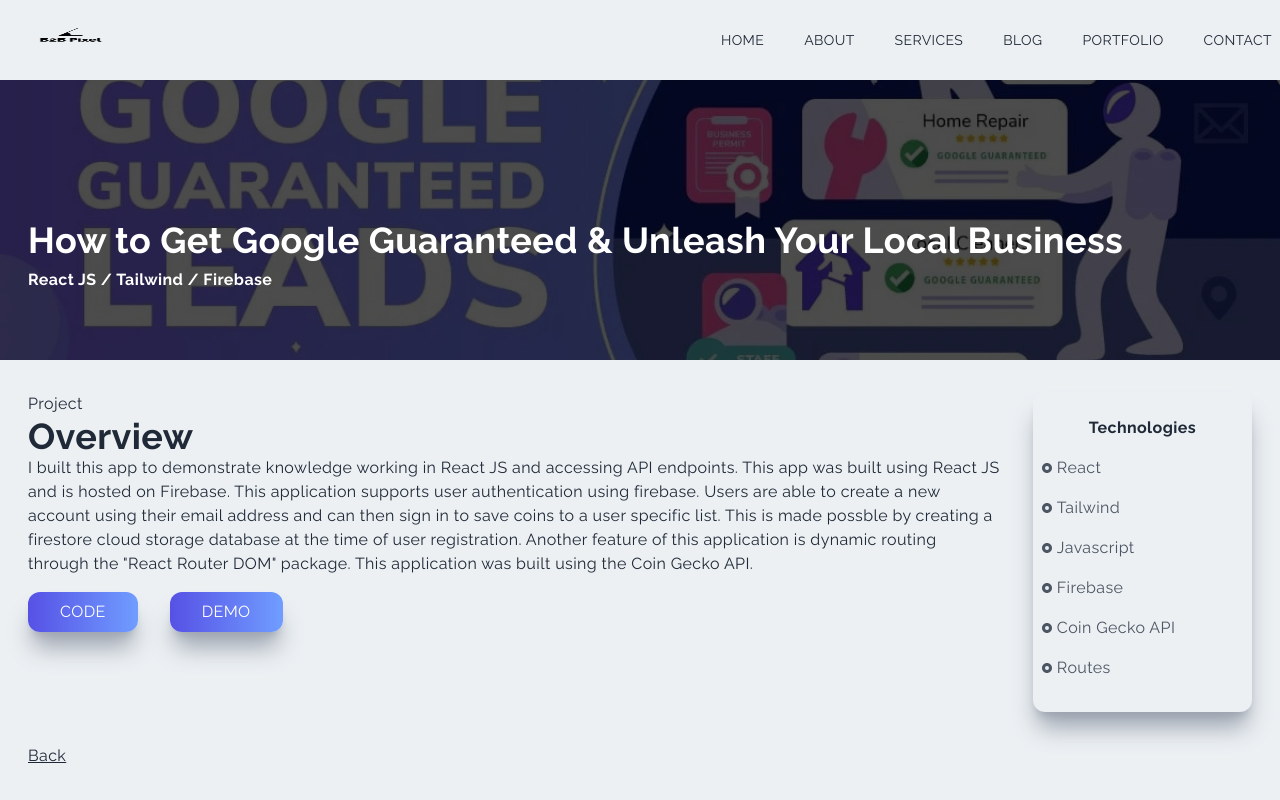
Repository: DID0101/nextjs.b2b
Page: /crypto
An editor plug-in stored every save of this project. The page is shown before and after the next save, followed by the edit.
The browser window is 1280 px wide. The pictures show the whole page.
The project was rebuilt for these pictures with package versions that can differ from the ones it lists, and the page was loaded fresh each time. The framework's server and built-in components were replaced by stand-ins that run in the browser. Also part of the build but not shown: next.config.js.

Above is the page before, as saved 2024-01-22 02:48:40.

### pages/crypto.jsx
import Image from 'next/image';
import React from 'react';
import cryptoImg from '../public/assets/projects/crypto.jpg';
import { RiRadioButtonFill } from 'react-icons/ri';
import Link from 'next/link';

const crypto = () => {
  return (
    <div className='w-full'>
      <div className='w-screen h-[50vh] relative'>
        <div className='absolute top-0 left-0 w-full h-[50vh] bg-black/70 z-10' />
        <Image
          className='absolute z-1'
          layout='fill'
          objectFit='cover'
          src={cryptoImg}
          alt='/'
        />
        <div className='absolute top-[70%] max-w-[1240px] w-full left-[50%] right-[50%] translate-x-[-50%] translate-y-[-50%] text-white z-10 p-2'>
          <h2 className='py-2'>How to Get Google Guaranteed & Unleash Your Local Business</h2>
          <h3>React JS / Tailwind / Firebase</h3>
        </div>
      </div>

      <div className='max-w-[1240px] mx-auto p-2 grid md:grid-cols-5 gap-8 py-8'>
        <div className='col-span-4'>
          <p>Project</p>
          <h2>Overview</h2>
          <p>
            I built this app to demonstrate knowledge working in React JS and
            accessing API endpoints. This app was built using React JS and is
            hosted on Firebase. This application supports user authentication
            using firebase. Users are able to create a new account using their
            email address and can then sign in to save coins to a user specific
            list. This is made possble by creating a firestore cloud storage
            database at the time of user registration. Another feature of this
            application is dynamic routing through the &quot;React Router DOM&quot;
            package. This application was built using the Coin Gecko API.
          </p>
          <a
            href='https://github.com/fireclint/crypto-react-firebase'
            target='_blank'
            rel='noreferrer'
          >
            <button className='px-8 py-2 mt-4 mr-8'>Code</button>
          </a>
          <a
            href='https://cryptobase-yt.web.app/'
            target='_blank'
            rel='noreferrer'
          >
            <button className='px-8 py-2 mt-4'>Demo</button>
          </a>

        </div>
        <div className='col-span-4 md:col-span-1 shadow-xl shadow-gray-400 rounded-xl py-4'>
          <div className='p-2'>
            <p className='text-center font-bold pb-2'>Technologies</p>
            <div className='grid grid-cols-3 md:grid-cols-1 '>
              <p className='text-gray-600 py-2 flex items-center'>
                <RiRadioButtonFill className='pr-1' /> React
              </p>
              <p className='text-gray-600 py-2 flex items-center'>
                <RiRadioButtonFill className='pr-1' /> Tailwind
              </p>
              <p className='text-gray-600 py-2 flex items-center'>
                <RiRadioButtonFill className='pr-1' /> Javascript
              </p>
              <p className='text-gray-600 py-2 flex items-center'>
                <RiRadioButtonFill className='pr-1' /> Firebase
              </p>
              <p className='text-gray-600 py-2 flex items-center'>
                <RiRadioButtonFill className='pr-1' /> Coin Gecko API
              </p>
              <p className='text-gray-600 py-2 flex items-center'>
                <RiRadioButtonFill className='pr-1' /> Routes
              </p>
            </div>
          </div>
        </div>
        <Link href='/#projects'>
          <p className='underline cursor-pointer'>Back</p>
        </Link>
      </div>
    </div>
  );
};

export default crypto;

### components/Navbar.jsx
import Image from 'next/image';
import Link from 'next/link';
import React, { useState, useEffect } from 'react';
import { AiOutlineClose, AiOutlineMail, AiOutlineMenu } from 'react-icons/ai';
import { FaGithub, FaLinkedinIn } from 'react-icons/fa';
import { BsFillPersonLinesFill } from 'react-icons/bs';
// import { useRouter } from 'next/router';
import NavLogo from '../public/assets/navLogo.png'

const Navbar = () => {
  const [nav, setNav] = useState(false);
  const [shadow, setShadow] = useState(false);
  const [navBg, setNavBg] = useState('#ecf0f3');
  const [linkColor, setLinkColor] = useState('#1f2937');
  // const [position, setPosition] = useState('fixed')
  // const router = useRouter();

  // useEffect(() => {
  //   if (
  //     router.asPath === '/property' ||
  //     router.asPath === '/crypto' ||
  //     router.asPath === '/netflix' ||
  //     router.asPath === '/twitch'
  //   ) {
  //     setNavBg('transparent');
  //     setLinkColor('#ecf0f3');
  //   } else {
  //     setNavBg('#ecf0f3');
  //     setLinkColor('#1f2937');
  //   }
  // }, [router]);

  const handleNav = () => {
    setNav(!nav);
  };

  useEffect(() => {
    const handleShadow = () => {
      if (window.scrollY >= 90) {
        setShadow(true);
      } else {
        setShadow(false);
      }
    };
    window.addEventListener('scroll', handleShadow);
  }, []);

  return (
    <div
      style={{ backgroundColor: `${navBg}` }}
      className={
        shadow
          ? 'fixed w-full h-20 shadow-xl z-[100] ease-in-out duration-300'
          : 'fixed w-full h-20 z-[100]'
      }
    >
      <div className='flex justify-between items-center w-full h-full px-2 2xl:px-16'>
        <Link href='/'>
          <a>
            <Image
              src={NavLogo}
              alt='/'
              width='125'
              height='50'
              className='cursor-pointer'
            />
          </a>
        </Link>
        <div>
          <ul style={{ color: `${linkColor}` }} className='hidden md:flex'>
            <li className='ml-10 text-sm uppercase hover:border-b'>
              <Link href='/'>Home</Link>
            </li>
            <li className='ml-10 text-sm uppercase hover:border-b'>
              <Link href='/#about'>About</Link>
            </li>
            <li className='ml-10 text-sm uppercase hover:border-b'>
              <Link href='/#skills'>Services</Link>
            </li>
            <li className='ml-10 text-sm uppercase hover:border-b'>
              <Link href='/#projects'>Blog</Link>
            </li>
            <li className='ml-10 text-sm uppercase hover:border-b'>
              <Link href='/resume'>Portfolio</Link>
            </li>
            <li className='ml-10 text-sm uppercase hover:border-b'>
              <Link href='/#contact'>Contact</Link>
            </li>
          </ul>
          {/* Hamburger Icon */}
          <div
            style={{ color: `${linkColor}` }}
            onClick={handleNav}
            className='md:hidden'
          >
            <AiOutlineMenu size={25} />
          </div>
        </div>
      </div>

      {/* Mobile Menu */}
      {/* Overlay */}
      <div
        className={
          nav ? 'md:hidden fixed left-0 top-0 w-full h-screen bg-black/70' : ''
        }
      >
        {/* Side Drawer Menu */}
        <div
          className={
            nav
              ? ' fixed left-0 top-0 w-[75%] sm:w-[60%] md:w-[45%] h-screen bg-[#ecf0f3] p-10 ease-in duration-500'
              : 'fixed left-[-100%] top-0 p-10 ease-in duration-500'
          }
        >
          <div>
            <div className='flex w-full items-center justify-between'>
              <Link href='/'>
                <a>
                  <Image
                    src={NavLogo}
                    width='87'
                    height='35'
                    alt='/'
                  />
                </a>
              </Link>
              <div
                onClick={handleNav}
                className='rounded-full shadow-lg shadow-gray-400 p-3 cursor-pointer'
              >
                <AiOutlineClose />
              </div>
            </div>
            <div className='border-b border-gray-300 my-4'>
              <p className='w-[85%] md:w-[90%] py-4'>
                Let&#39;s build something legendary together
              </p>
            </div>
          </div>
          <div className='py-4 flex flex-col'>
            <ul className='uppercase'>
              <Link href='/'>
                <li onClick={() => setNav(false)} className='py-4 text-sm'>
                  Home
                </li>
              </Link>
              <Link href='/#about'>
                <li onClick={() => setNav(false)} className='py-4 text-sm'>
                  About
                </li>
              </Link>
              <Link href='/#skills'>
                <li onClick={() => setNav(false)} className='py-4 text-sm'>
                  Skills
                </li>
              </Link>
              <Link href='/#projects'>
                <li onClick={() => setNav(false)} className='py-4 text-sm'>
                  Projects
                </li>
              </Link>
              <Link href='/resume'>
                <li onClick={() => setNav(false)} className='py-4 text-sm'>
                  Resume
                </li>
              </Link>
              <Link href='/#contact'>
                <li onClick={() => setNav(false)} className='py-4 text-sm text-[#ac4d5a]'>
                  Save My Spot
                </li>
              </Link>
            </ul>
            <div className='pt-40'>
              <p className='uppercase tracking-widest text-[#5651e5]'>
                Let&#39;s Connect
              </p>
              <div className='flex items-center justify-between my-4 w-full sm:w-[80%]'>
                <a
                  href='https://www.linkedin.com/in/clint-briley-50056920a/'
                  target='_blank'
                  rel='noreferrer'
                >
                  <div className='rounded-full shadow-lg shadow-gray-400 p-3 cursor-pointer hover:scale-105 ease-in duration-300'>
                    <FaLinkedinIn />
                  </div>
                </a>
                <a
                  href='https://github.com/fireclint'
                  target='_blank'
                  rel='noreferrer'
                >
                  <div className='rounded-full shadow-lg shadow-gray-400 p-3 cursor-pointer hover:scale-105 ease-in duration-300'>
                    <FaGithub />
                  </div>
                </a>
                <Link href='/#contact'>
                  <div
                    onClick={() => setNav(!nav)}
                    className='rounded-full shadow-lg shadow-gray-400 p-3 cursor-pointer hover:scale-105 ease-in duration-300'
                  >
                    <AiOutlineMail />
                  </div>
                </Link>
                <Link href='/resume'>
                  <div
                    onClick={() => setNav(!nav)}
                    className='rounded-full shadow-lg shadow-gray-400 p-3 cursor-pointer hover:scale-105 ease-in duration-300'
                  >
                    <BsFillPersonLinesFill />
                  </div>
                </Link>
              </div>
            </div>
          </div>
        </div>
      </div>
    </div>
  );
};

export default Navbar;

Loaded but not shown: pages/_app.js (common file); pages/_document.js (common file); styles/globals.css (common file); tailwind.config.js (common file)

After the next save:
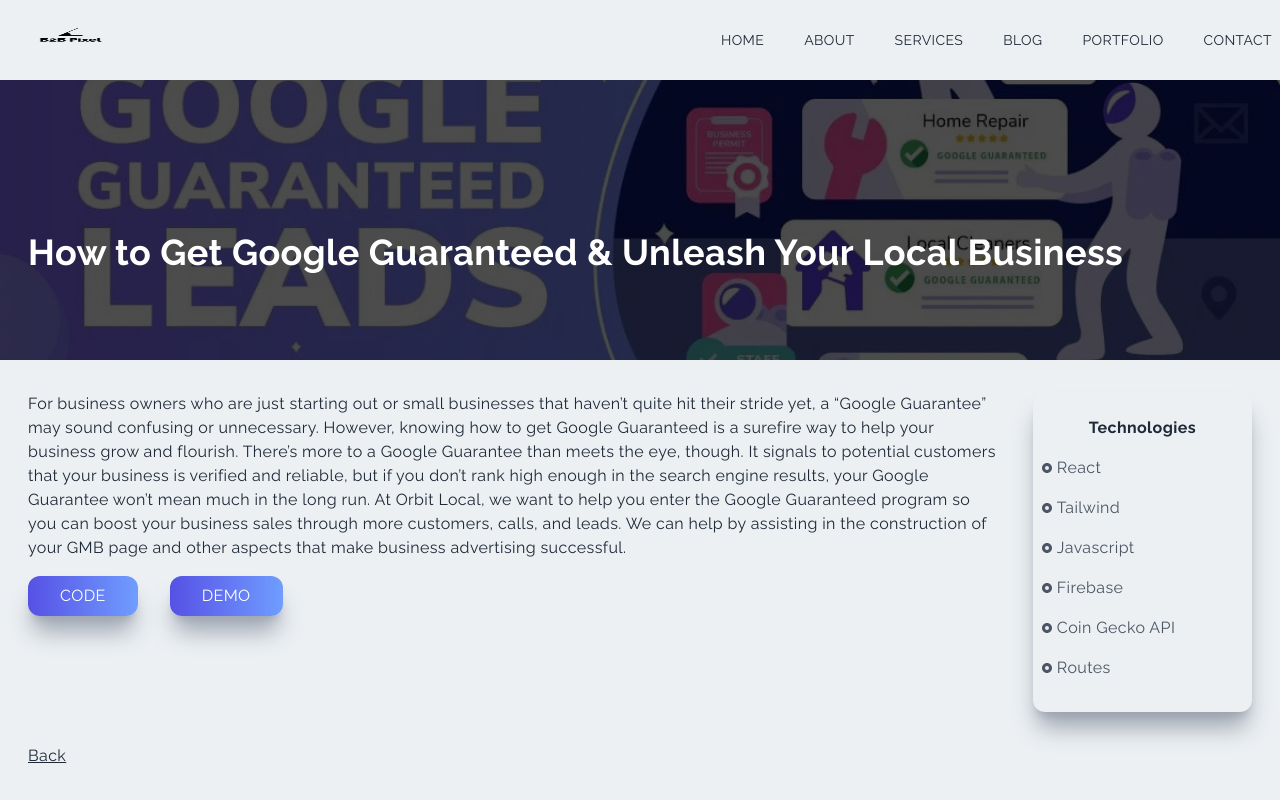
Saved 5 min 12 s later.
--- a/pages/crypto.jsx
+++ b/pages/crypto.jsx
@@ -18,24 +18,20 @@
         />
         <div className='absolute top-[70%] max-w-[1240px] w-full left-[50%] right-[50%] translate-x-[-50%] translate-y-[-50%] text-white z-10 p-2'>
           <h2 className='py-2'>How to Get Google Guaranteed & Unleash Your Local Business</h2>
-          <h3>React JS / Tailwind / Firebase</h3>
+          {/* <h3>React JS / Tailwind / Firebase</h3> */}
         </div>
       </div>
 
       <div className='max-w-[1240px] mx-auto p-2 grid md:grid-cols-5 gap-8 py-8'>
         <div className='col-span-4'>
-          <p>Project</p>
-          <h2>Overview</h2>
+          {/* <p>Project</p> */}
+          {/* <h2>Overview</h2> */}
           <p>
-            I built this app to demonstrate knowledge working in React JS and
-            accessing API endpoints. This app was built using React JS and is
-            hosted on Firebase. This application supports user authentication
-            using firebase. Users are able to create a new account using their
-            email address and can then sign in to save coins to a user specific
-            list. This is made possble by creating a firestore cloud storage
-            database at the time of user registration. Another feature of this
-            application is dynamic routing through the &quot;React Router DOM&quot;
-            package. This application was built using the Coin Gecko API.
+          For business owners who are just starting out or small businesses that haven’t quite hit their stride yet, a “Google Guarantee” may sound confusing or unnecessary. However, knowing how to get Google Guaranteed is a surefire way to help your business grow and flourish.
+
+There’s more to a Google Guarantee than meets the eye, though. It signals to potential customers that your business is verified and reliable, but if you don’t rank high enough in the search engine results, your Google Guarantee won’t mean much in the long run.
+
+At Orbit Local, we want to help you enter the Google Guaranteed program so you can boost your business sales through more customers, calls, and leads. We can help by assisting in the construction of your GMB page and other aspects that make business advertising successful.
           </p>
           <a
             href='https://github.com/fireclint/crypto-react-firebase'
